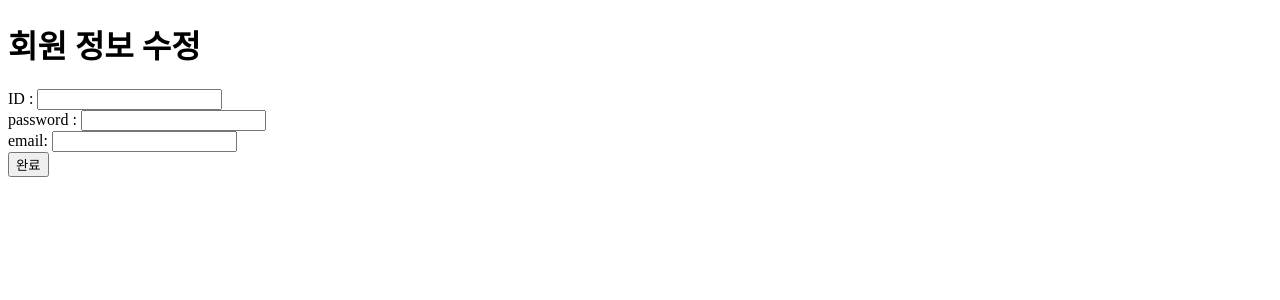
Repository: Dog-voice/king
Page: http://localhost/jsp_logint/member/register.jsp
The author's editor kept a copy of each file at every save. The page is drawn from the files as they stood at one save, then again after the next save.
The browser window is 1280 px wide. The pictures show the whole page.
The page is served by Tomcat 9. Other server files are loaded and not shown.

Above is the page before, as saved 2022-08-24 02:14:55.

### 로그인/jsp_logint/src/main/webapp/member/register.jsp
<%@ page language="java" contentType="text/html; charset=UTF-8"
    pageEncoding="UTF-8"%>
<!DOCTYPE html>
<html>
<head>
<meta charset="UTF-8">
<title>Insert title here</title>
</head>
<body>
<h1>회원 정보 수정</h1>

    <form action="/mem/insert" method="post">

		ID : <input type="text" name="id"><br>

		password : <input type="text" name="password"><br>

		email: <input type="text" name="email"><br>

		<button type="submit">완료</button>

</body>
</html>

After the next save:
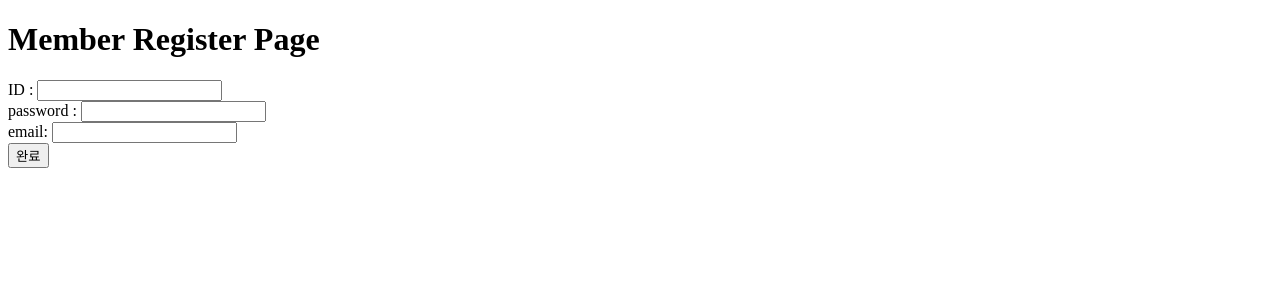
Saved 26 s later.
--- a/로그인/jsp_logint/src/main/webapp/member/register.jsp
+++ b/로그인/jsp_logint/src/main/webapp/member/register.jsp
@@ -7,7 +7,7 @@
 <title>Insert title here</title>
 </head>
 <body>
-<h1>회원 정보 수정</h1>
+<h1>Member Register Page</h1>
 
     <form action="/mem/insert" method="post">
 
